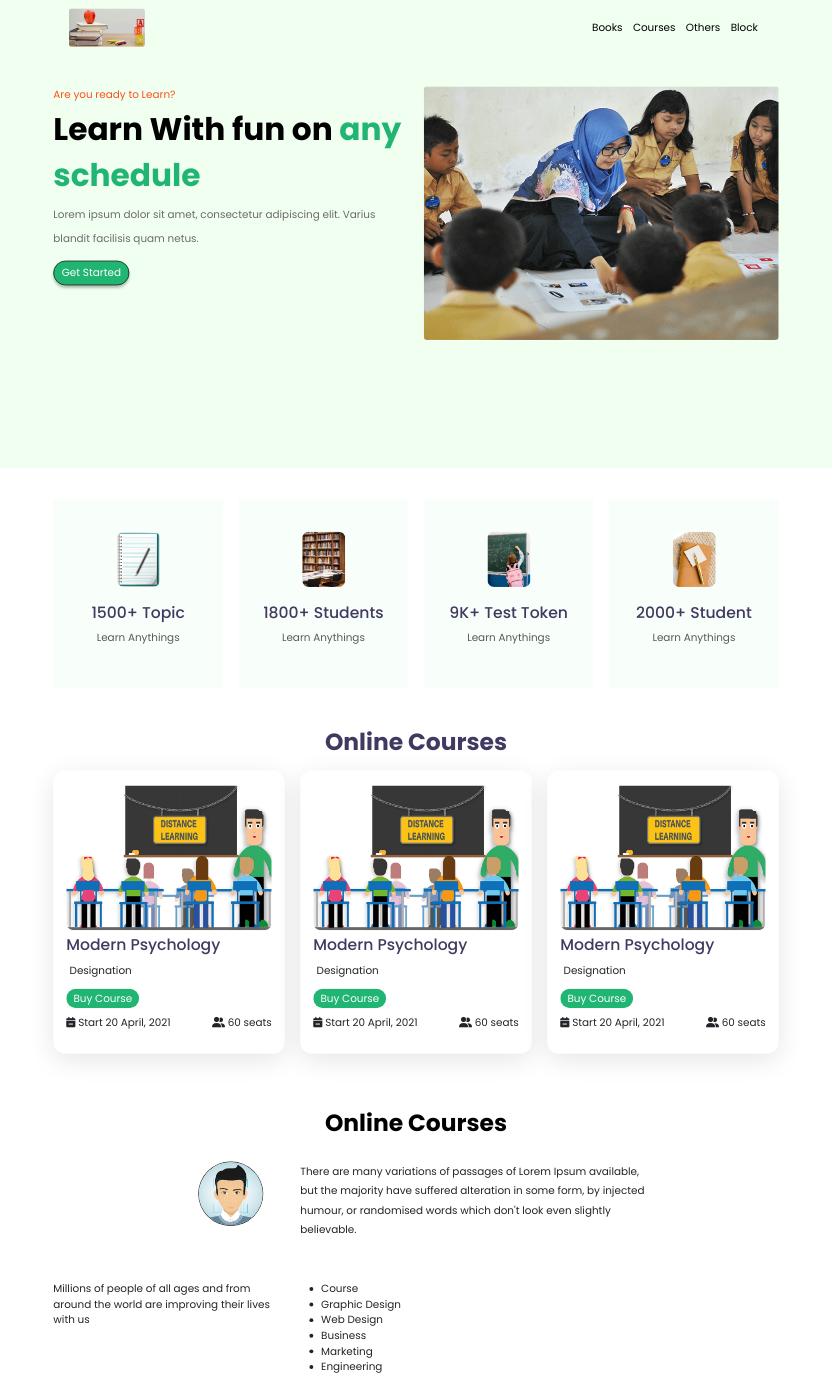
Repository: zjria/Figma-to-E-school
Page: index.html
An editor plug-in stored every save of this project. The page is shown before and after the next save, followed by the edit.
The browser window is 1280 px wide. The pictures show the whole page, at 65% of full size.
Some web libraries are served in a nearby version.

Above is the page before, as saved 2022-05-07 09:05:58.

After the next save:
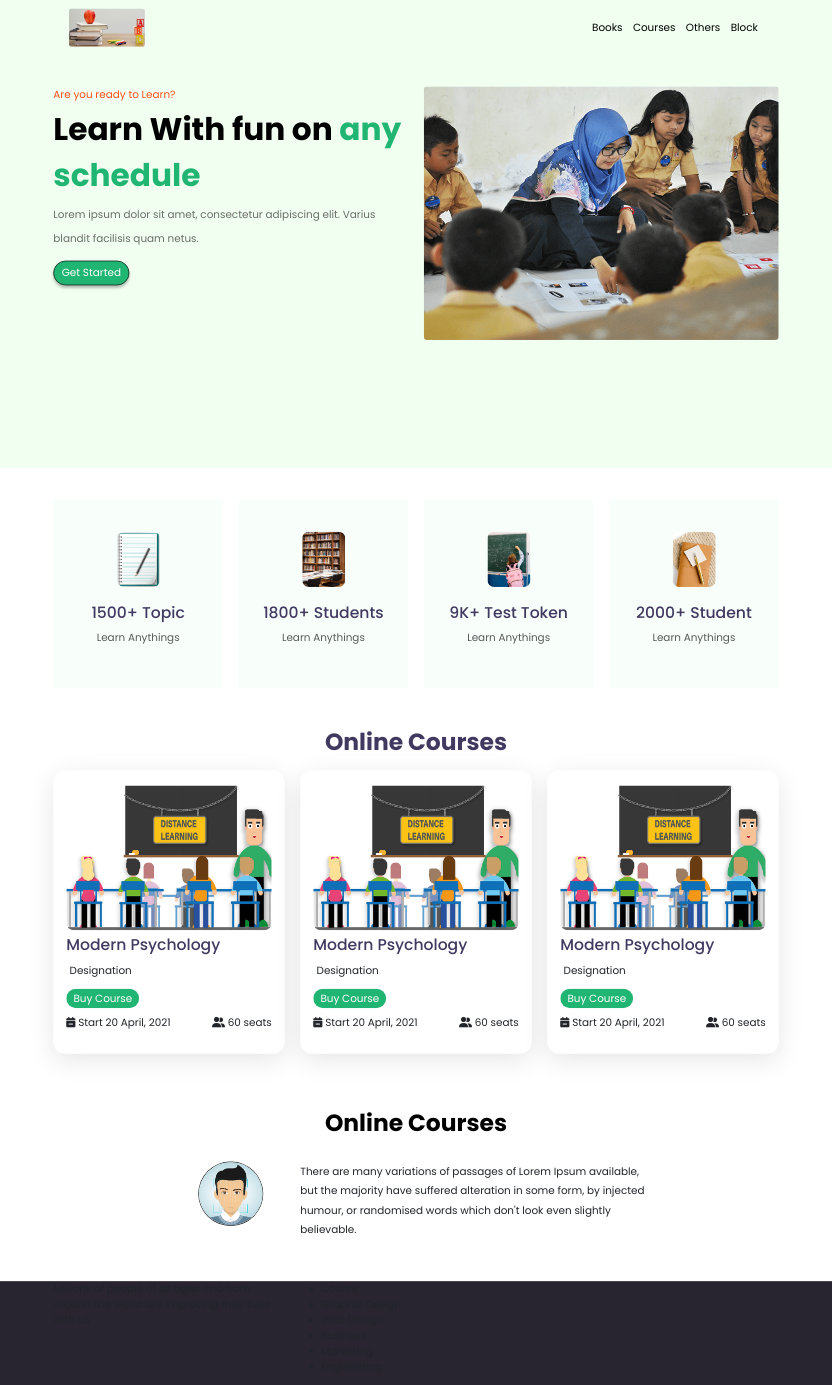
Saved 28 s later.
--- a/style.css
+++ b/style.css
@@ -140,7 +140,7 @@ font-size: 16px;
 line-height: 30px;
 }
 .footer-section {
-
+  background: #282531;
 }
 .footer-section p {
 
